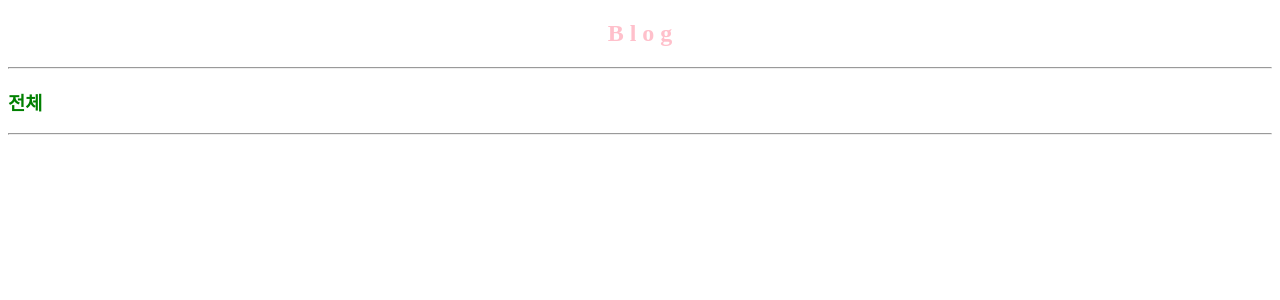
Repository: basstpgns/20201029html
Page: jsp/html/quiz04.html
These files come from the project's save history. The page is drawn as it stood at one moment and after the next save; the edit follows.
The browser window is 1280 px wide. The pictures show the whole page.

Above is the page before, as saved 2020-10-30 07:07:20.

After the next save:
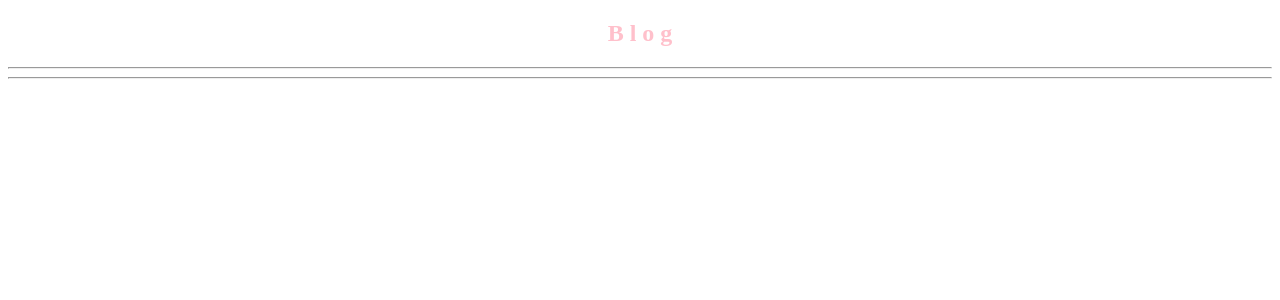
Saved 30 s later.
--- a/jsp/html/quiz04.html
+++ b/jsp/html/quiz04.html
@@ -9,7 +9,7 @@
 		<div style="text-align: center;">
 			<h2 style="color: pink;">B l o g</h2>
 			<hr>
-			<h3 style="color: green; text-align: left;">전체</h3>
+			<font style="color: green;"></font>
 			<hr>
 		</div>
 	</header>
